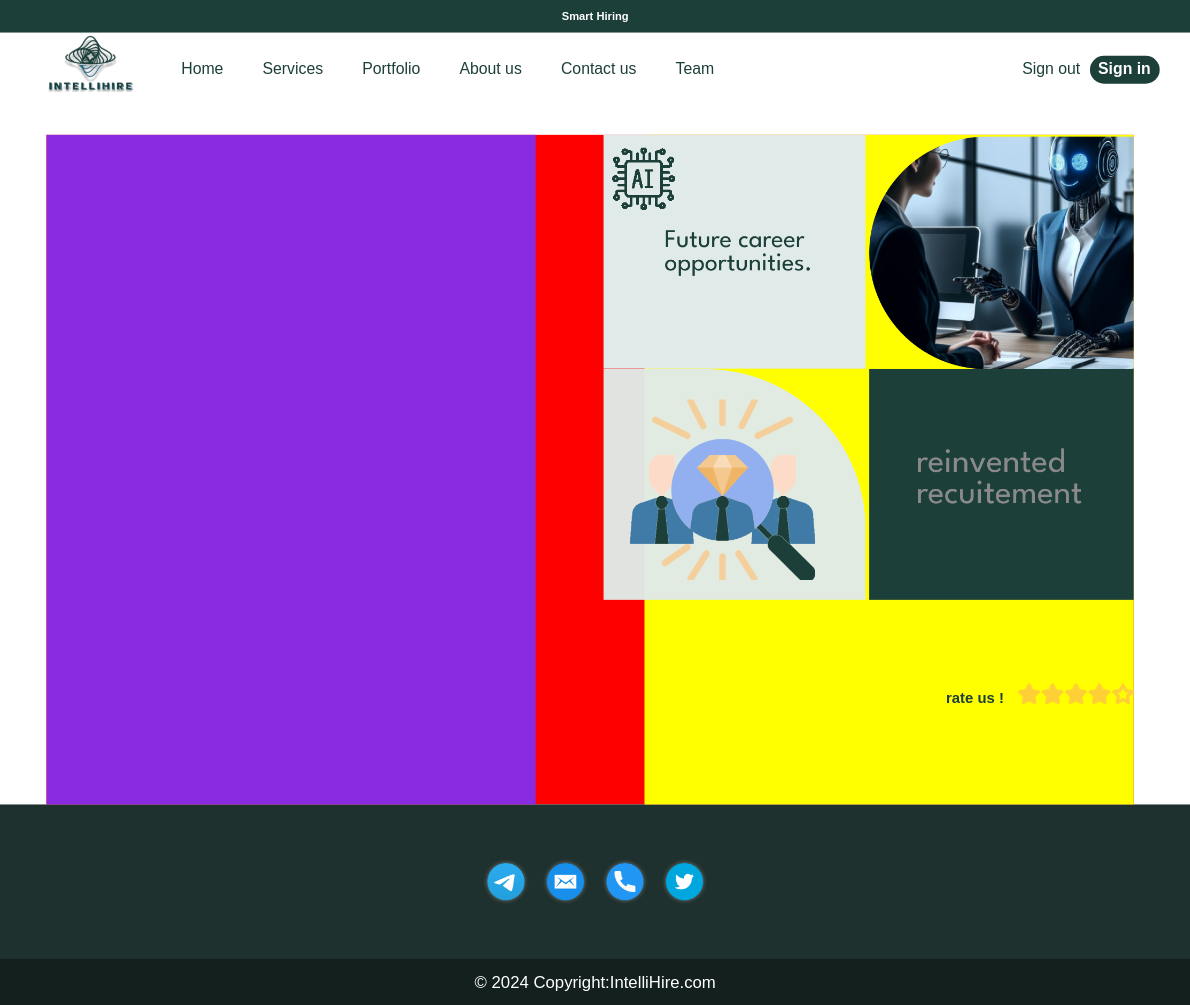
Repository: arijkl/Projet-PFA
Page: HomePage.html
These files come from the project's save history. The page is drawn as it stood at one moment and after the next save; the edit follows.
The browser window is 1280 px wide. The pictures show the whole page, at 93% of full size.

Above is the page before, as saved 2024-04-21 23:10:26.

After the next save:
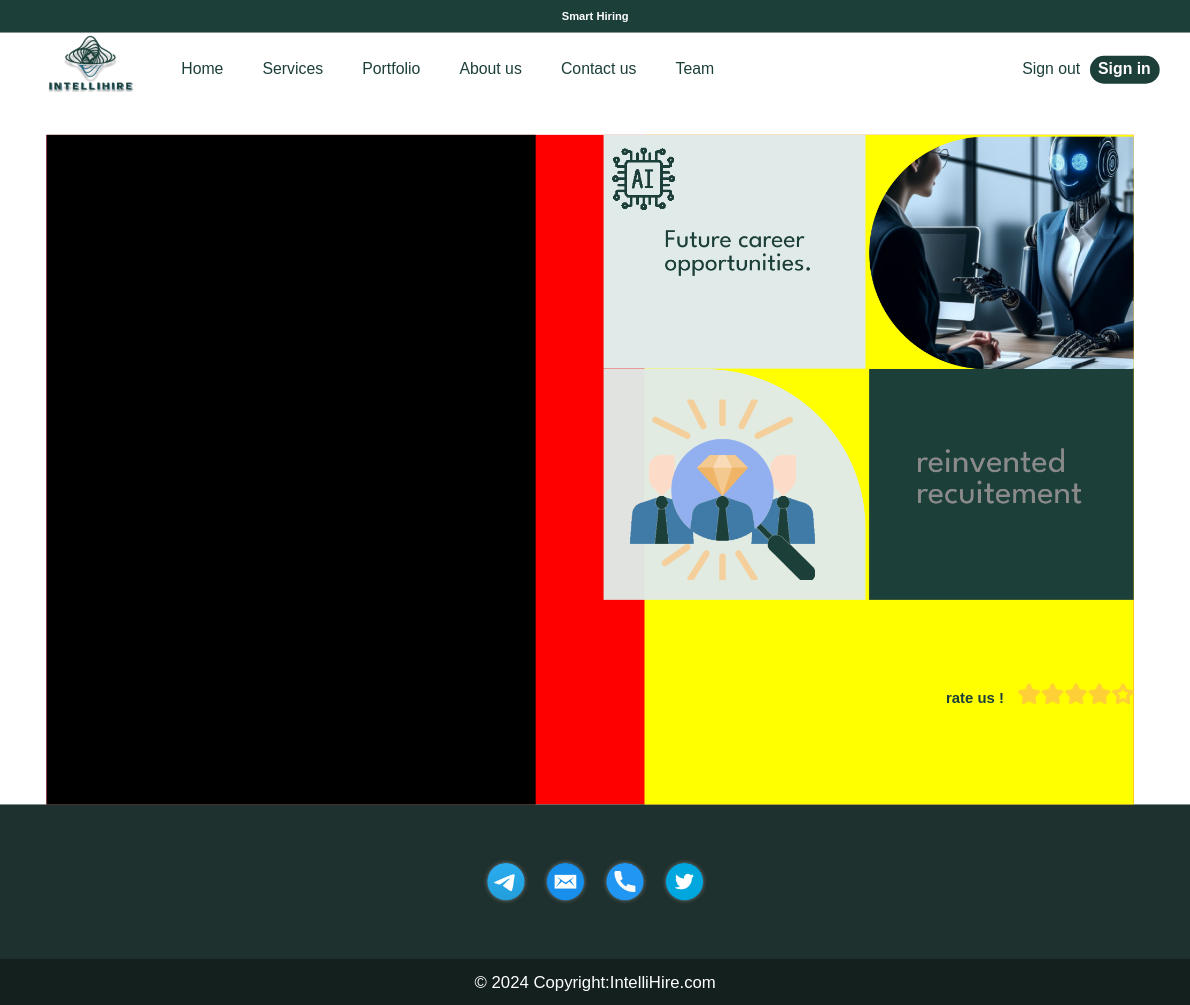
Saved 49 s later.
--- a/HomePage.css
+++ b/HomePage.css
@@ -143,6 +143,8 @@
 }
 .img-container{
     background-color: black;
+    height:120% ;
+    width:100%;
 }
 /*      right content           */
 .right-container{

After the save that followed:
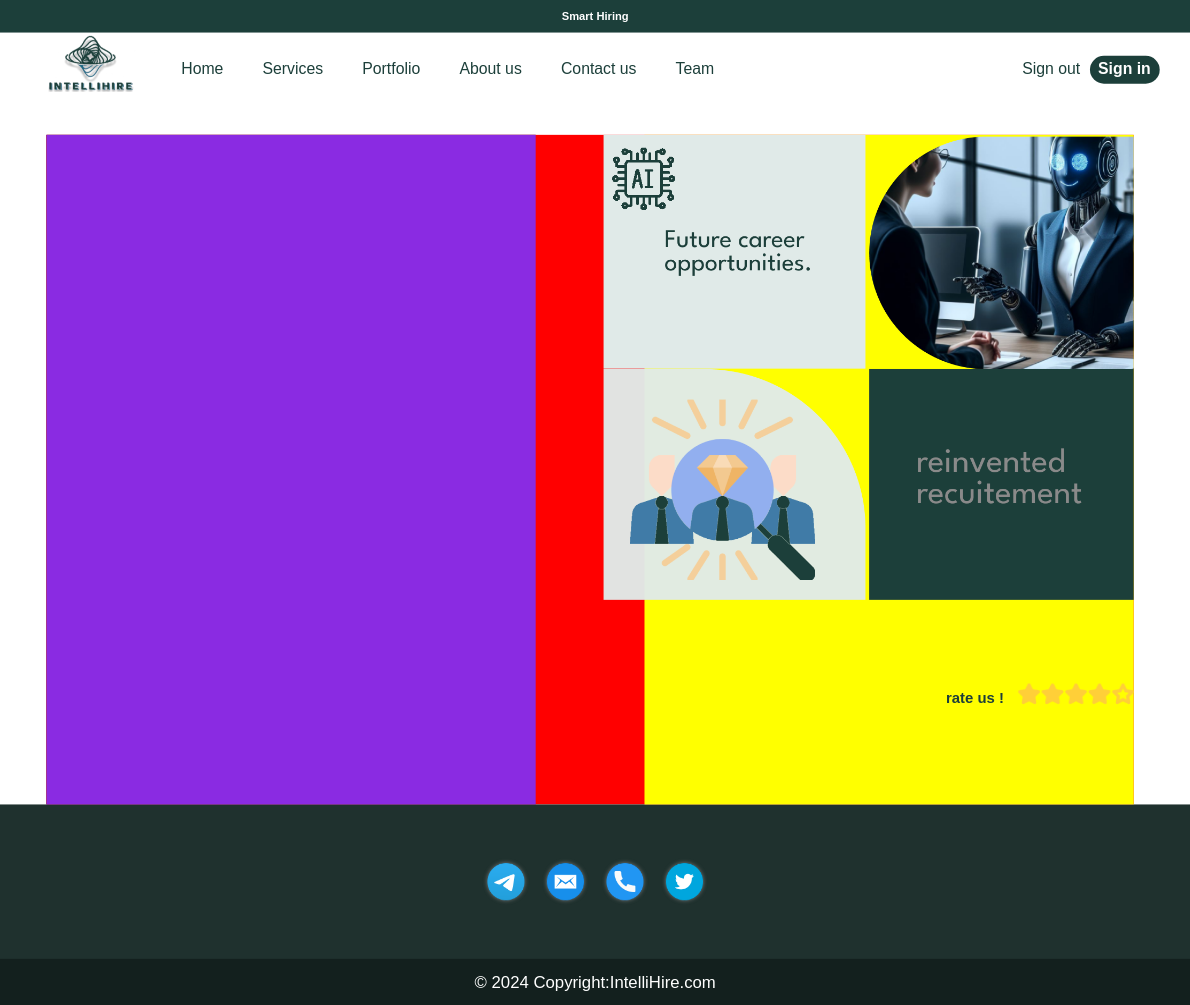
Saved 22 s later.
--- a/HomePage.css
+++ b/HomePage.css
@@ -145,6 +145,7 @@
     background-color: black;
     height:120% ;
     width:100%;
+    z-index: -8888;
 }
 /*      right content           */
 .right-container{
